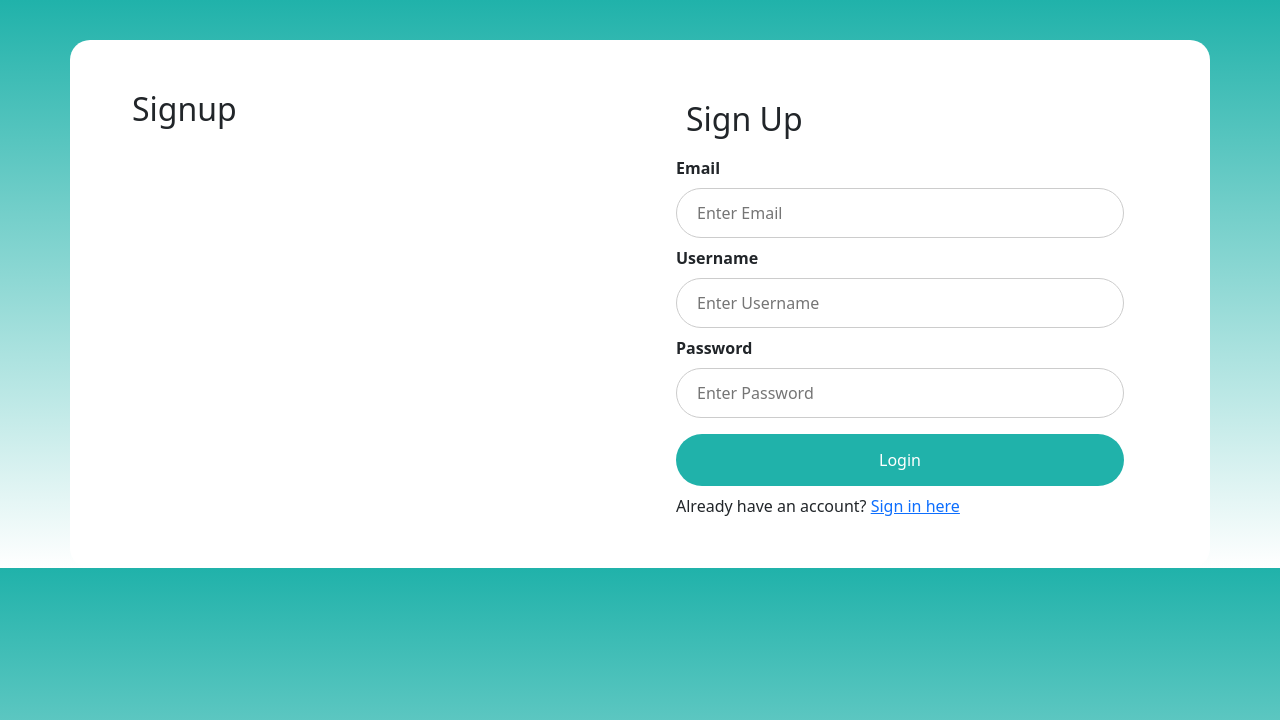
Repository: Sadia-Naveed-Shaikh/JavaScript-Website
Page: SignUp.html
An editor plug-in stored every save of this project. The page is shown before and after the next save, followed by the edit.
The browser window is 1280 px wide. The pictures show the whole page.

Above is the page before, as saved 2021-10-27 15:34:16.

After the next save:
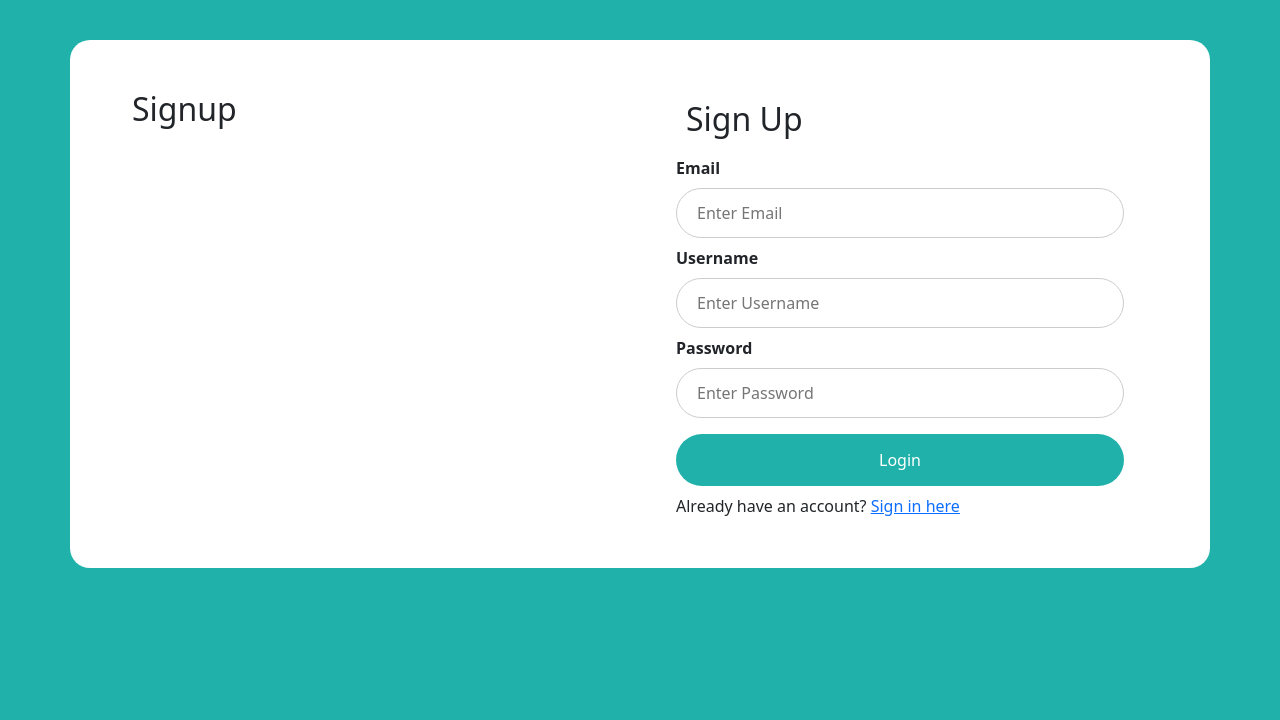
Saved 13 s later.
--- a/SignUp.html
+++ b/SignUp.html
@@ -12,12 +12,12 @@
 
     <style>
         body {
-background-image: linear-gradient(#20b2aa, white);
-}
+            background-color: #20b2aa;
+        }
 
         .SignupContainer {
             position: absolute;
-            width: 100px;
+            width: 800px;
             height: 500px;
             left: 300px;
             top: 50px;
@@ -69,7 +69,7 @@ background-image: linear-gradient(#20b2aa, white);
 </head>
 
 <body>
-    <div class="container" >
+    <div class="container" style="">
             <div class=row>
                 <div class="col-sm-6" >
 <h2>Signup</h2>
